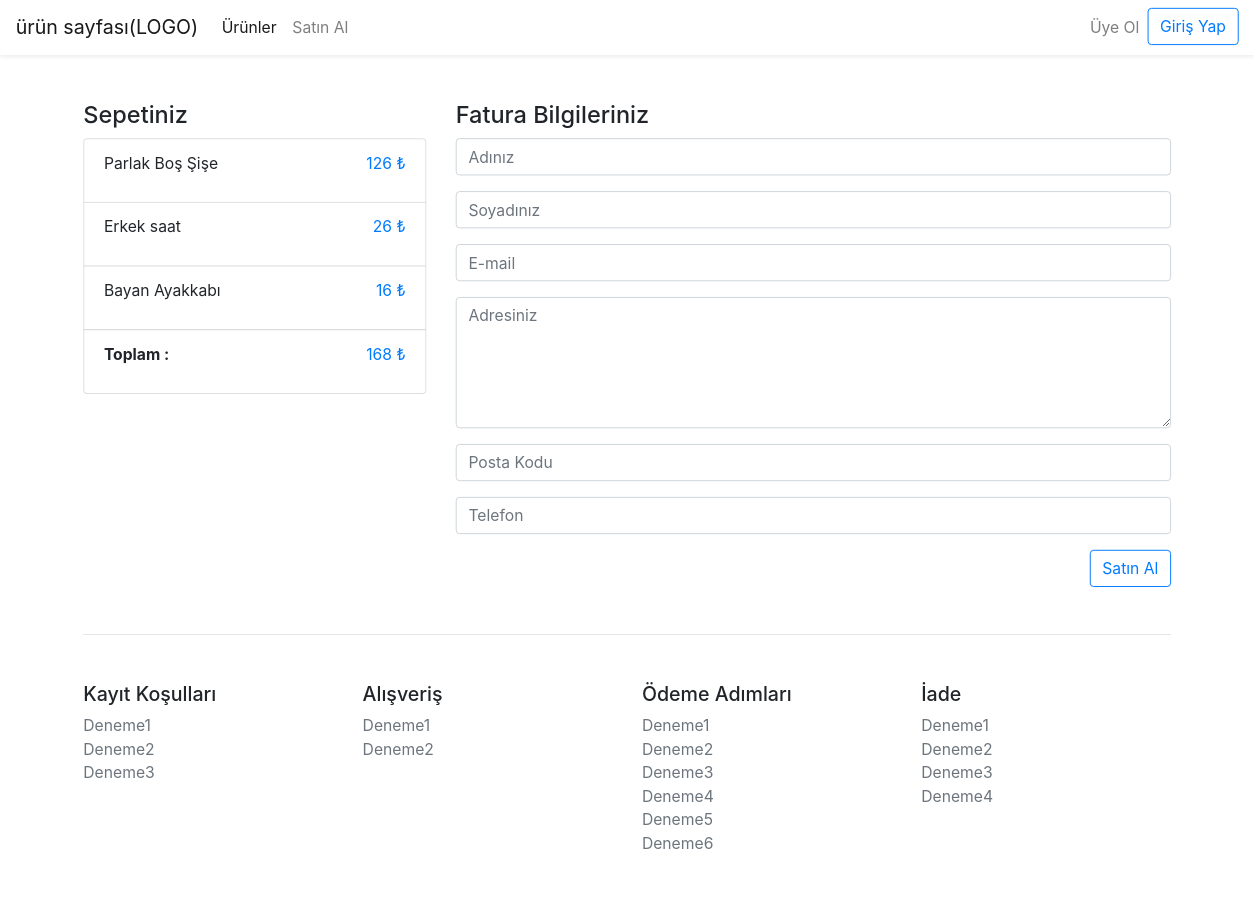
Repository: NergisAktug/E-Commerce-PythonWithFlask-Sqlite3
Page: templates/ödeme.html
These files come from the project's save history. The page is drawn as it stood at one moment and after the next save; the edit follows.
The browser window is 1280 px wide. The pictures show the whole page, at 98% of full size.

Above is the page before, as saved 2018-11-24 00:31:08.

After the next save:
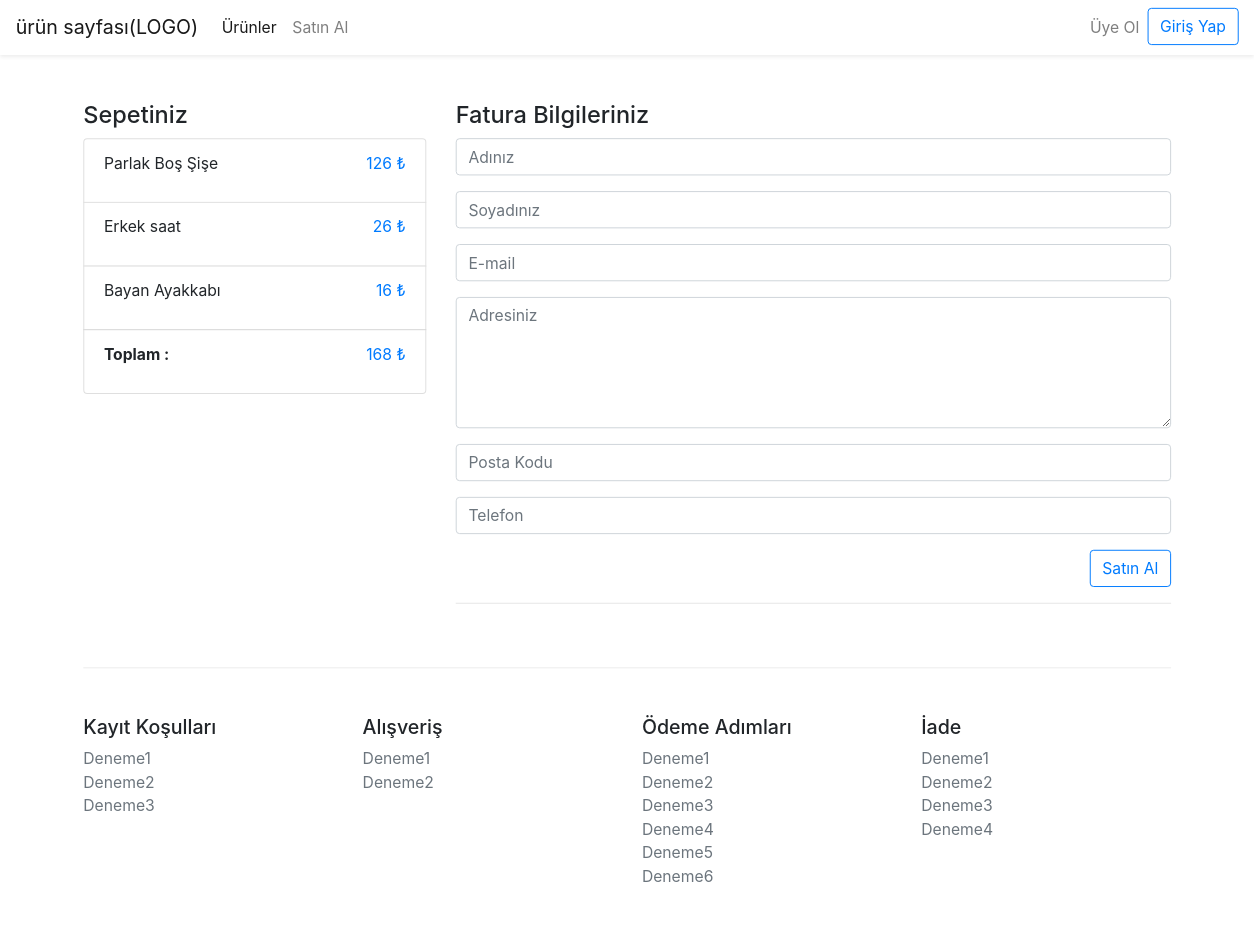
Saved 12 min 21 s later.
--- a/templates/ödeme.html
+++ b/templates/ödeme.html
@@ -85,7 +85,10 @@
                     <div class="form-group">
                         <button type="submit" class="btn btn-outline-primary float-right" required>Satın Al</button>
                      </div>
-
+                   <div class="clearfix"></div><hr>
+                   <div class="row">
+                    <div class="col-md-6"></div>
+                   </div>
                </form>
         </div>
 
